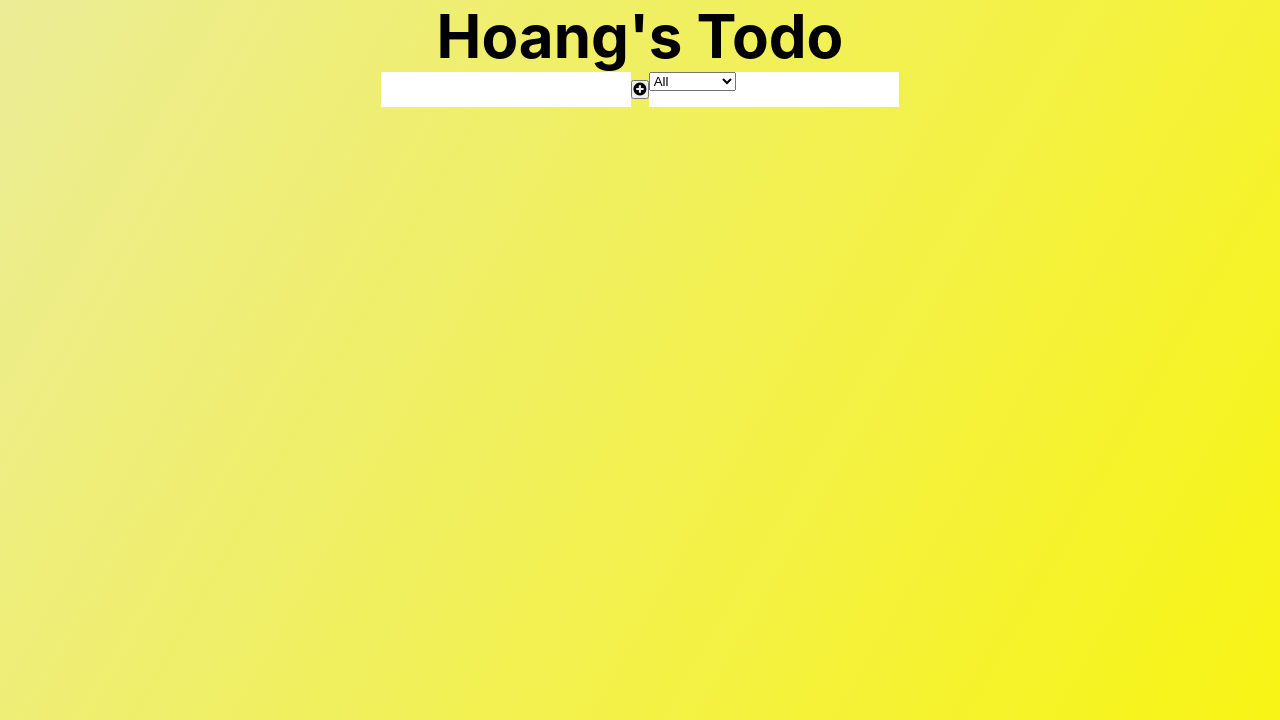
Repository: DinhHoang0607/TodoReact
Page: /
An editor plug-in stored every save of this project. The page is shown before and after the next save, followed by the edit.
The browser window is 1280 px wide. The pictures show the whole page.
Some web libraries are served in a nearby version. The project was rebuilt for these pictures with package versions that can differ from the ones it lists, and the page was loaded fresh each time.

Above is the page before, as saved 2021-09-09 20:19:49.

### public/index.html
<!DOCTYPE html>
<html lang="en">
  <head>
    <meta charset="utf-8" />
    <link rel="icon" href="%PUBLIC_URL%/favicon.ico" />
    <meta name="viewport" content="width=device-width, initial-scale=1" />
    <meta name="theme-color" content="#000000" />
    <meta
      name="description"
      content="Web site created using create-react-app"
    />
    <link rel="apple-touch-icon" href="%PUBLIC_URL%/logo192.png" />
    <!--
      manifest.json provides metadata used when your web app is installed on a
      user's mobile device or desktop. See https://developers.google.com/web/fundamentals/web-app-manifest/
    -->
    <link rel="stylesheet" href="https://pro.fontawesome.com/releases/v5.10.0/css/all.css" integrity="sha384-AYmEC3Yw5cVb3ZcuHtOA93w35dYTsvhLPVnYs9eStHfGJvOvKxVfELGroGkvsg+p" crossorigin="anonymous"/>
    <link rel="manifest" href="%PUBLIC_URL%/manifest.json" />
    <!--
      Notice the use of %PUBLIC_URL% in the tags above.
      It will be replaced with the URL of the `public` folder during the build.
      Only files inside the `public` folder can be referenced from the HTML.

      Unlike "/favicon.ico" or "favicon.ico", "%PUBLIC_URL%/favicon.ico" will
      work correctly both with client-side routing and a non-root public URL.
      Learn how to configure a non-root public URL by running `npm run build`.
    -->
    <title>React App</title>
  </head>
  <body>
    <noscript>You need to enable JavaScript to run this app.</noscript>
    <div id="root"></div>
    <!--
      This HTML file is a template.
      If you open it directly in the browser, you will see an empty page.

      You can add webfonts, meta tags, or analytics to this file.
      The build step will place the bundled scripts into the <body> tag.

      To begin the development, run `npm start` or `yarn start`.
      To create a production bundle, use `npm run build` or `yarn build`.
    -->
  </body>
</html>

### src/App.js
import "./App.css";
import React from "react";
import Form from "./components/Form";

function App() {
  return (
    <div className="App">
      <header>
        <h1>Hoang's Todo</h1>
      </header>
      <Form />
    </div>
  );
}

export default App;

### src/App.css
*,
*::before,
*::after {
  box-sizing: border-box;
  padding: 0;
  margin: 0;
}
html {
  font-size: 62.5%;
}
body {
  width: 100%;
  height: 100vh;
  background-image: linear-gradient(120deg, #ebec96 0%, #f8f414 100%);
}
header {
  font-size: 3rem;
  margin: 0 auto;
}
header,
form {
  display: flex;
  justify-content: center;
  align-items: center;
}
.form__input,
.form__select {
  width: 25rem;
  height: 3.5rem;
  border: none;
  background: white;
}

### src/components/Form.js
import React from "react";
const Form = () => {
  return (
    <form className="form">
      <input type="text" className="form__input" />
      <button className="form__button" type="submit">
        <i class="fas fa-plus-circle"></i>
      </button>
      <div className="form__select">
        <select name="items" className="select__item">
          <option value="all" selected="selected">
            All
          </option>
          <option value="completed">Completed</option>
          <option value="inProcess">InProcess</option>
        </select>
      </div>
    </form>
  );
};

export default Form;

Loaded but not shown: src/index.js (common file); src/index.css (common file); src/reportWebVitals.js (common file)

After the next save:
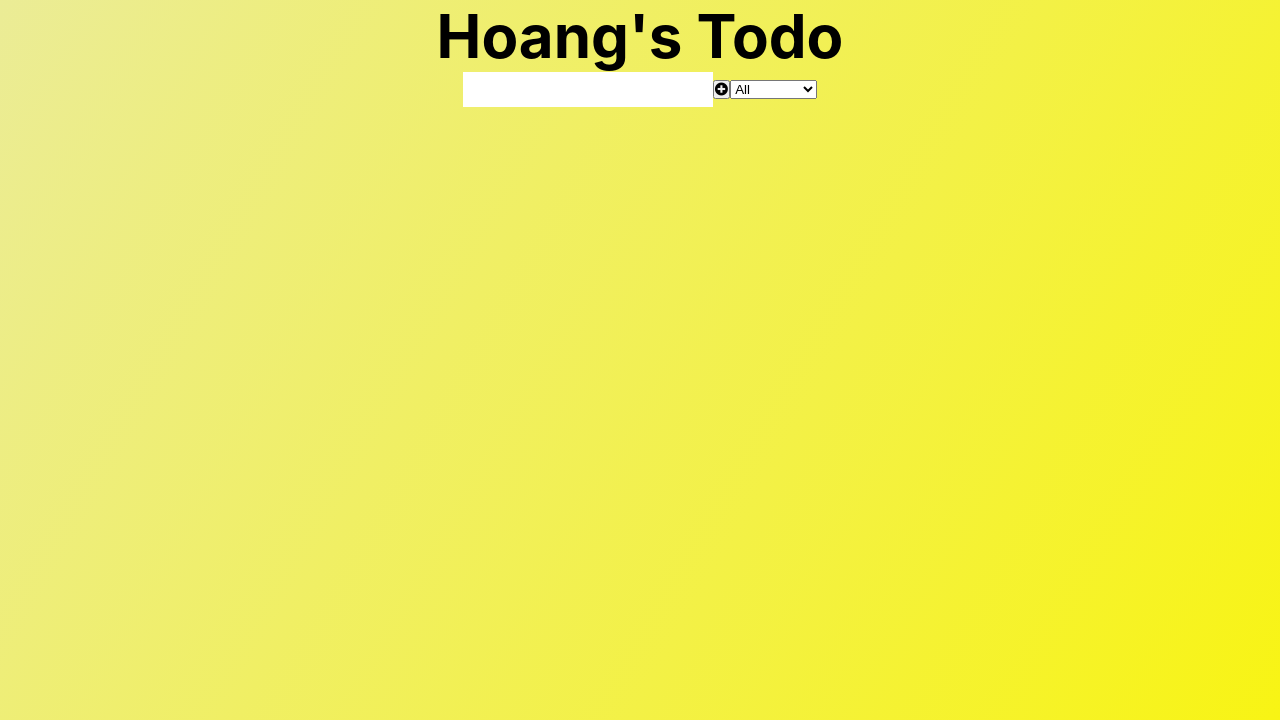
Saved 16 s later.
--- a/src/App.css
+++ b/src/App.css
@@ -23,8 +23,7 @@ form {
   justify-content: center;
   align-items: center;
 }
-.form__input,
-.form__select {
+.form__input {
   width: 25rem;
   height: 3.5rem;
   border: none;
